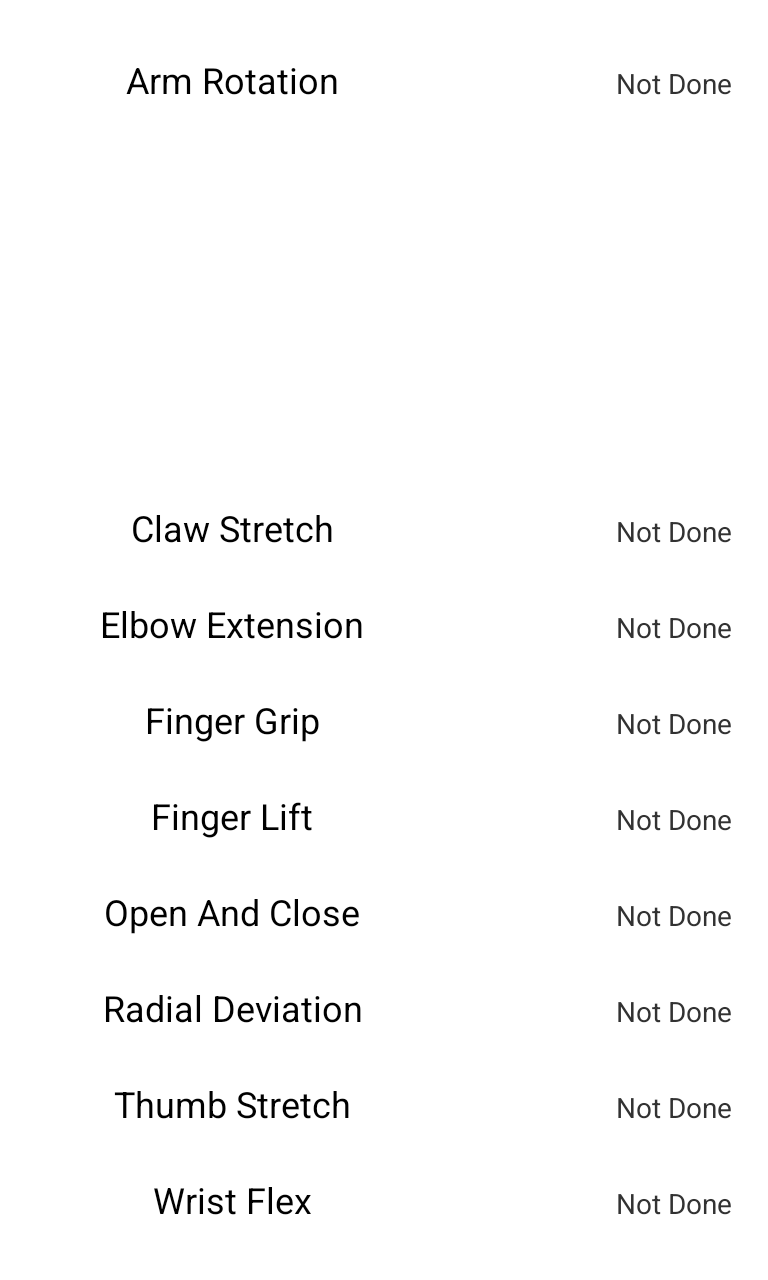
Repository: zi-yang-zhang/ECSE424-Group8
Layout: Hi Fi Prototype/ReHand/ReHand/res/layout/activity_details_page.xml
These files come from the project's save history. The layout is drawn as it stood at one moment and after the next save; the edit follows.
It is drawn on a 768 x 1280 px phone screen (xhdpi) without system bars, with theme AppTheme; the app's code is not run.

Above is the layout before, as saved 2014-02-20 02:40:45.

### Hi Fi Prototype/ReHand/ReHand/res/layout/activity_details_page.xml
<RelativeLayout xmlns:android="http://schemas.android.com/apk/res/android"
    xmlns:tools="http://schemas.android.com/tools"
    android:layout_width="match_parent"
    android:layout_height="match_parent"
    android:paddingBottom="@dimen/activity_vertical_margin"
    android:paddingLeft="@dimen/activity_horizontal_margin"
    android:paddingRight="@dimen/activity_horizontal_margin"
    android:paddingTop="@dimen/activity_vertical_margin"
    tools:context=".ElbowExtensionPage" >

    <Button
        android:id="@+id/button4"
        android:layout_width="200dp"
        android:layout_height="wrap_content"
        android:layout_alignParentBottom="true"
        android:layout_alignParentLeft="true"
        style="?android:attr/borderlessButtonStyle"
        android:text="@string/exercise_text_wrist_flex" />

    <TextView
        android:id="@+id/ArmRotationProgress"
        android:layout_width="60dp"
        android:layout_height="wrap_content"
        android:layout_alignBaseline="@+id/button1"
        android:layout_alignBottom="@+id/button1"
        android:layout_alignParentRight="true"
        android:text="@string/progress_arm_rotation"
        android:textAppearance="?android:attr/textAppearanceSmall" />

    <TextView
        android:id="@+id/ClawStretchProgress"
        android:layout_width="60dp"
        android:layout_height="wrap_content"
        android:layout_alignBaseline="@+id/button5"
        android:layout_alignBottom="@+id/button5"
        android:layout_alignLeft="@+id/ArmRotationProgress"
        android:text="@string/progress_claw_stretch"
        android:textAppearance="?android:attr/textAppearanceSmall" />

    <TextView
        android:id="@+id/ElbowExtensionProgress"
        android:layout_width="60dp"
        android:layout_height="wrap_content"
        android:layout_alignBaseline="@+id/button6"
        android:layout_alignBottom="@+id/button6"
        android:layout_alignParentRight="true"
        android:text="@string/progress_elbow_extension"
        android:textAppearance="?android:attr/textAppearanceSmall" />

    <TextView
        android:id="@+id/FingerGripProgress"
        android:layout_width="60dp"
        android:layout_height="wrap_content"
        android:layout_alignBaseline="@+id/button7"
        android:layout_alignBottom="@+id/button7"
        android:layout_alignLeft="@+id/ElbowExtensionProgress"
        android:text="@string/progress_finger_grip"
        android:textAppearance="?android:attr/textAppearanceSmall" />

    <TextView
        android:id="@+id/FingerLiftProgress"
        android:layout_width="60dp"
        android:layout_height="wrap_content"
        android:layout_alignBaseline="@+id/button2"
        android:layout_alignBottom="@+id/button2"
        android:layout_alignLeft="@+id/FingerGripProgress"
        android:text="@string/progress_finger_lift"
        android:textAppearance="?android:attr/textAppearanceSmall" />

    <TextView
        android:id="@+id/WristFlexProgress"
        android:layout_width="60dp"
        android:layout_height="wrap_content"
        android:layout_alignBaseline="@+id/button4"
        android:layout_alignBottom="@+id/button4"
        android:layout_alignLeft="@+id/ThumbStretchProgress"
        android:text="@string/progress_wrist_flex"
        android:textAppearance="?android:attr/textAppearanceSmall" />

    <TextView
        android:id="@+id/ThumbStretchProgress"
        android:layout_width="60dp"
        android:layout_height="wrap_content"
        android:layout_alignBaseline="@+id/button3"
        android:layout_alignBottom="@+id/button3"
        android:layout_alignLeft="@+id/RadialDeviationProgress"
        android:text="@string/progress_thumb_stretch"
        android:textAppearance="?android:attr/textAppearanceSmall" />

    <TextView
        android:id="@+id/RadialDeviationProgress"
        android:layout_width="60dp"
        android:layout_height="wrap_content"
        android:layout_alignBaseline="@+id/button9"
        android:layout_alignBottom="@+id/button9"
        android:layout_alignLeft="@+id/FingerLiftProgress"
        android:text="@string/progress_radial_deviation"
        android:textAppearance="?android:attr/textAppearanceSmall" />

    <TextView
        android:id="@+id/OpenAndCloseProgress"
        android:layout_width="60dp"
        android:layout_height="wrap_content"
        android:layout_alignBaseline="@+id/button8"
        android:layout_alignBottom="@+id/button8"
        android:layout_alignLeft="@+id/FingerLiftProgress"
        android:text="@string/progress_open_and_close"
        android:textAppearance="?android:attr/textAppearanceSmall" />

    <Button
        android:id="@+id/button1"
        style="?android:attr/borderlessButtonStyle"
        android:layout_width="200dp"
        android:layout_height="wrap_content"
        android:layout_alignLeft="@+id/button5"
        android:layout_alignParentTop="true"
        android:text="@string/exercise_text_arm_rotation" />

    <Button
        android:id="@+id/button6"
        style="?android:attr/borderlessButtonStyle"
        android:layout_width="200dp"
        android:layout_height="wrap_content"
        android:layout_above="@+id/button7"
        android:layout_alignLeft="@+id/button7"
        android:text="@string/exercise_text_elbow_extension" />

    <Button
        android:id="@+id/button7"
        style="?android:attr/borderlessButtonStyle"
        android:layout_width="200dp"
        android:layout_height="wrap_content"
        android:layout_above="@+id/button2"
        android:layout_alignLeft="@+id/button2"
        android:text="@string/exercise_text_finger_grip" />

    <Button
        android:id="@+id/button2"
        style="?android:attr/borderlessButtonStyle"
        android:layout_width="200dp"
        android:layout_height="wrap_content"
        android:layout_above="@+id/button8"
        android:layout_alignLeft="@+id/button8"
        android:text="@string/exercise_text_finger_lift" />

    <Button
        android:id="@+id/button8"
        style="?android:attr/borderlessButtonStyle"
        android:layout_width="200dp"
        android:layout_height="wrap_content"
        android:layout_above="@+id/button9"
        android:layout_alignLeft="@+id/button9"
        android:text="@string/exercise_text_open_and_close" />

    <Button
        android:id="@+id/button9"
        style="?android:attr/borderlessButtonStyle"
        android:layout_width="200dp"
        android:layout_height="wrap_content"
        android:layout_above="@+id/button3"
        android:layout_alignLeft="@+id/button3"
        android:text="@string/exercise_text_radial_deviation" />

    <Button
        android:id="@+id/button3"
        style="?android:attr/borderlessButtonStyle"
        android:layout_width="200dp"
        android:layout_height="wrap_content"
        android:layout_above="@+id/button4"
        android:layout_alignLeft="@+id/button4"
        android:text="@string/exercise_text_thumb_stretch" />

    <Button
        android:id="@+id/button5"
        style="?android:attr/borderlessButtonStyle"
        android:layout_width="200dp"
        android:layout_height="wrap_content"
        android:layout_above="@+id/button6"
        android:layout_alignLeft="@+id/button6"
        android:text="@string/exercise_botton_text_claw_stretch" />

</RelativeLayout>

### Hi Fi Prototype/ReHand/ReHand/res/values/strings.xml
<?xml version="1.0" encoding="utf-8"?>
<resources>

    <string name="app_name">ReHand</string>
    <string name="action_settings">Settings</string>
    <string name="hello_world">Hello world!</string>
    <string name="greeting_words">Welcome To ReHand</string>
    <string name="touch_screen_instructions">Tap on either button to continue</string>
    <string name="sign_up">Sign Up now!</string>
    <string name="log_in">Log In!</string>
    <string name="title_activity_home_page">HomePage</string>
    <string name="greeting_home_page">Welcome Back!</string>
    <string name="exercises">Exercises</string>
    <string name="schedule">Schedule</string>
    <string name="title_activity_exercise_list_page">ExerciseListPage</string>
    <string name="title_activity_schedule_page">SchedulePage</string>
    <string name="exercise_botton_text_claw_stretch">Claw Stretch</string>
    <string name="title_activity_claw_stretch_page">ClawStretchPage</string>
    <string name="exercise_level_text">"Level: "</string>
    <string name="claw_stretch_level">I</string>
    <string name="exercise_botton_schedule">Schedule</string>
    <string name="exercise_tutorial_check_box">Show Tutorial?</string>
    <string name="exercise_start_botton_text">Start!</string>
    <string name="title_activity_claw_stretch_exercise">ClawStretchExercise</string>
    <string name="test_end_game">End Game</string>
    <string name="title_activity_claw_stretch_tutorial_page">ClawStretchTutorialPage</string>
    <string name="title_activity_claw_stretch_result">ClawStretchResult</string>
    <string name="exercise_text_arm_rotation">Arm Rotation</string>
    <string name="excercise_text_elbow_extension">Elbow Extension</string>
    <string name="arm_rotation_level">I</string>
    <string name="elbow_extension_level">I</string>
    <string name="exercise_text_finger_grip">Finger Grip</string>
    <string name="finger_grip_level">I</string>
    <string name="exercise_text_open_and_close">Open And Close</string>
    <string name="open_and_close_level">I</string>
    <string name="exercise_text_finger_lift">Finger Lift</string>
    <string name="finger_lift_level">I</string>
    <string name="exercise_text_radial_deviation">Radial Deviation</string>
    <string name="wrist_flex_level">I</string>
    <string name="exercise_text_wrist_flex">Wrist Flex</string>
    <string name="exercise_text_thumb_stretch">Thumb Stretch</string>
    <string name="thumb_stretch_level">I</string>
    <string name="radial_deviation_level">I</string>
    <string name="tutorial_text">tutorial</string>
    <string name="exercise_text_elbow_extension">Elbow Extension</string>
    <string name="title_activity_arm_rotation_exercise">ArmRotationExercise</string>
    <string name="title_activity_arm_rotation_page">ArmRotationPage</string>
    <string name="title_activity_arm_rotation_result">ArmRotationResult</string>
    <string name="title_activity_arm_rotation_tutorial_page">ArmRotationTutorialPage</string>
    <string name="title_activity_elbow_extension_exercise">ElbowExtensionExercise</string>
    <string name="title_activity_elbow_extension_page">ElbowExtensionPage</string>
    <string name="title_activity_elbow_extension_result">ElbowExtensionResult</string>
    <string name="title_activity_elbow_extension_tutorial_page">ElbowExtensionTutorialPage</string>
    <string name="title_activity_finger_grip_exercise">FingerGripExercise</string>
    <string name="title_activity_finger_grip_page">FingerGripPage</string>
    <string name="title_activity_finger_grip_result">FingerGripResult</string>
    <string name="title_activity_finger_grip_tutorial_page">FingerGripTutorialPage</string>
    <string name="title_activity_finger_lift_exercise">FingerLiftExercise</string>
    <string name="title_activity_finger_lift_page">FingerLiftPage</string>
    <string name="title_activity_finger_lift_result">FingerLiftResult</string>
    <string name="title_activity_finger_lift_tutorial_page">FingerLiftTutorialPage</string>
    <string name="title_activity_open_and_close_exercise">OpenAndCloseExercise</string>
    <string name="title_activity_open_and_close_page">OpenAndClosePage</string>
    <string name="title_activity_open_and_close_result">OpenAndCloseResult</string>
    <string name="title_activity_open_and_close_tutorial_page">OpenAndCloseTutorialPage</string>
    <string name="title_activity_radial_deviation_exercise">RadialDeviationExercise</string>
    <string name="title_activity_radial_deviation_page">RadialDeviationPage</string>
    <string name="title_activity_radial_deviation_result">RadialDeviationResult</string>
    <string name="title_activity_radial_deviation_tutorial_page">RadialDeviationTutorialPage</string>
    <string name="title_activity_thumb_stretch_exercise">ThumbStretchExercise</string>
    <string name="title_activity_thumb_stretch_page">ThumbStretchPage</string>
    <string name="title_activity_thumb_stretch_result">ThumbStretchResult</string>
    <string name="title_activity_thumb_stretch_tutorial_page">ThumbStretchTutorialPage</string>
    <string name="title_activity_wrist_flex_exercise">WristFlexExercise</string>
    <string name="title_activity_wrist_flex_page">WristFlexPage</string>
    <string name="title_activity_wrist_flex_result">WristFlexResult</string>
    <string name="title_activity_wrist_flex_tutorial_page">WristFlexTutorialPage</string>
    <string name="result_text_this_time">This Time:</string>
    <string name="result_text_personal_best">Personal Best:</string>
    <string name="result_exercises_button_text">Exercises</string>
    <string name="progress">Progress</string>
    <string name="progress_text_title">Progress</string>
    <string name="progress_text_view_details">View Details</string>
    <string name="title_activity_progress_page">ProgressPage</string>
    <string name="title_activity_details_page">DetailsPage</string>
    <string name="progress_arm_rotation">Not Done</string>
    <string name="progress_claw_stretch">Not Done</string>
    <string name="progress_elbow_extension">Not Done</string>
    <string name="progress_finger_grip">Not Done</string>
    <string name="progress_finger_lift">Not Done</string>
    <string name="progress_open_and_close">Not Done</string>
    <string name="progress_radial_deviation">Not Done</string>
    <string name="progress_thumb_stretch">Not Done</string>
    <string name="progress_wrist_flex">Not Done</string>

</resources>

Loaded but not shown: Hi Fi Prototype/ReHand/ReHand/res/values/styles.xml (common file); Hi Fi Prototype/ReHand/ReHand/res/values-v11/styles.xml (common file); Hi Fi Prototype/ReHand/ReHand/res/values-v14/styles.xml (common file); Hi Fi Prototype/ReHand/ReHand/res/values/dimens.xml (common file)

After the next save:
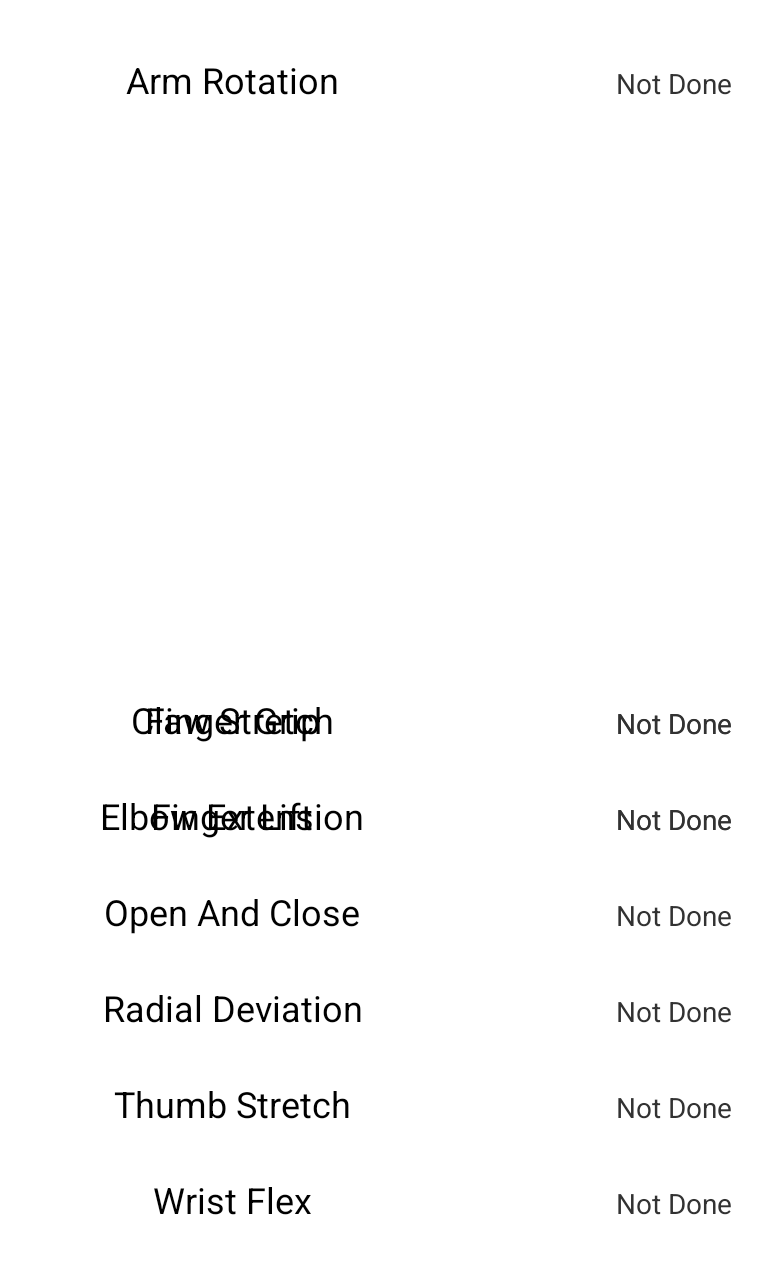
Saved 11 s later.
--- a/Hi Fi Prototype/ReHand/ReHand/res/layout/activity_details_page.xml
+++ b/Hi Fi Prototype/ReHand/ReHand/res/layout/activity_details_page.xml
@@ -121,7 +121,7 @@
         style="?android:attr/borderlessButtonStyle"
         android:layout_width="200dp"
         android:layout_height="wrap_content"
-        android:layout_above="@+id/button7"
+        android:layout_below="@+id/button7"
         android:layout_alignLeft="@+id/button7"
         android:text="@string/exercise_text_elbow_extension" />
 
